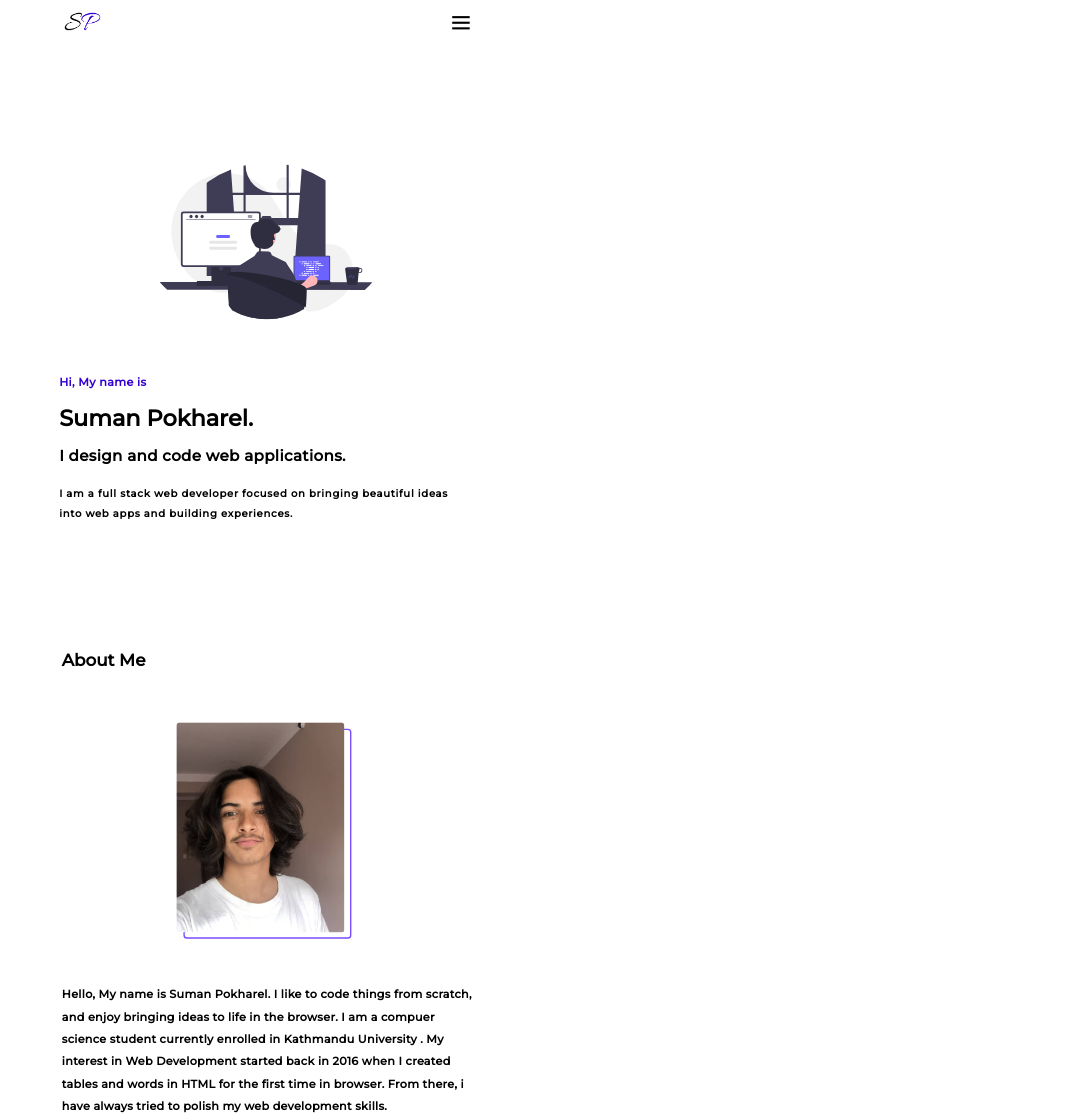
Repository: iamsumanp/portfolio
Page: /
The author's editor kept a copy of each file at every save. The page is drawn from the files as they stood at one save, then again after the next save.
The browser window is 768 px wide. The page is 768 px wide, then 1536 px, so the pictures cover 1536 px, including what lies to the right of the window. The pictures show the part of the page from y = 0 to 1600 px (the page is 5937 px tall), at 70% of full size.
The project was rebuilt for these pictures with package versions that can differ from the ones it lists, and the page was loaded fresh each time.

Above is the page before, as saved 2022-07-11 16:04:24.

After the next save:
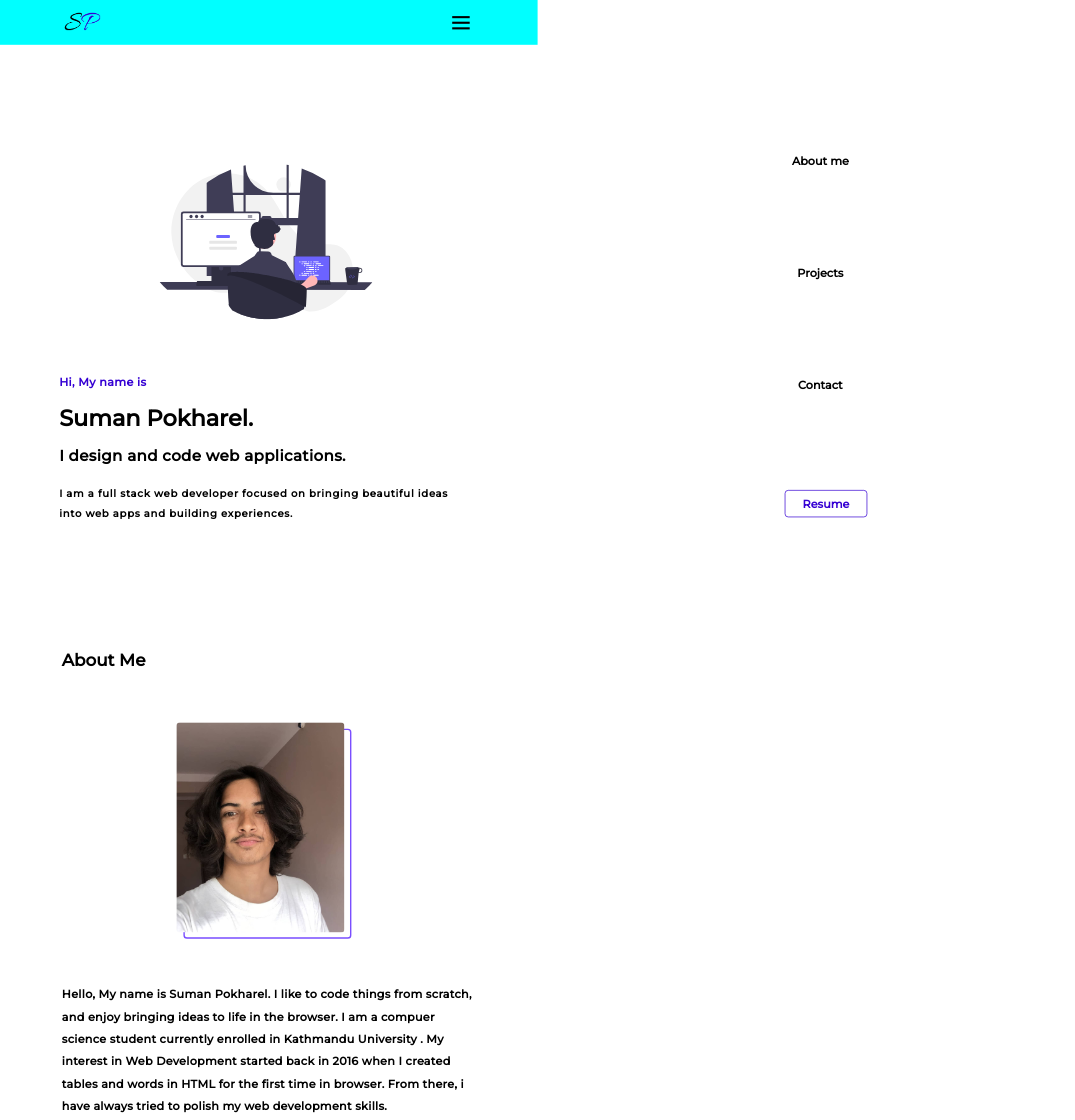
Saved 17 s later.
--- a/src/styles/styles.css
+++ b/src/styles/styles.css
@@ -25,14 +25,10 @@ body {
   flex-direction: row;
   justify-content: space-between;
   align-items: center;
-  height: 4rem;
+  min-height: 4rem;
   font-weight: bolder;
   padding: 0.2% 12.5%;
-  position: -webkit-sticky;
-  position: sticky;
-  top: 0px;
-  z-index: 2;
-  background-color: var(--main-white);
+  background-color: aqua;
 }
 @media (max-width: 1100px) {
   .navBar {
@@ -613,4 +609,4 @@ body {
   .spSpan {
     text-align: center;
   }
-}/*# sourceMappingURL=styles_20220711160424.css.map */
+}/*# sourceMappingURL=styles_20220711160441.css.map */
